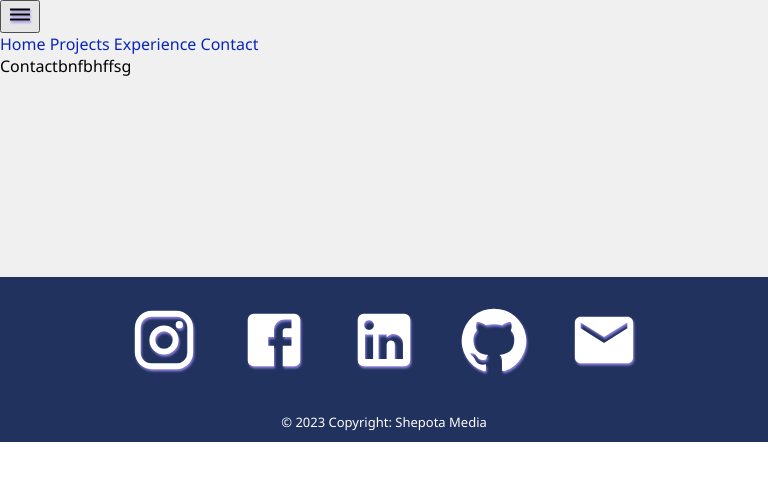
Repository: LolaSL/react-portfolio
Page: /contact
The author's editor kept a copy of each file at every save. The page is drawn from the files as they stood at one save, then again after a run of saves.
The browser window is 768 px wide. The pictures show the whole page.
The project was rebuilt for these pictures with package versions that can differ from the ones it lists, and the page was loaded fresh each time. Also part of the build but not shown: src/pages/Home/Style.css, src/pages/Home/Home.jsx, src/components/ProjectItem/ProjectItem.jsx, src/helpers/ProjectList.js, src/pages/Projects/Style.css, src/pages/Projects/Projects.jsx, src/pages/Experience/Style.css, src/pages/Experience/Experience.jsx and 2 more.

Above is the page before, as saved 2023-07-01 20:12:01.

After the next 2 saves:
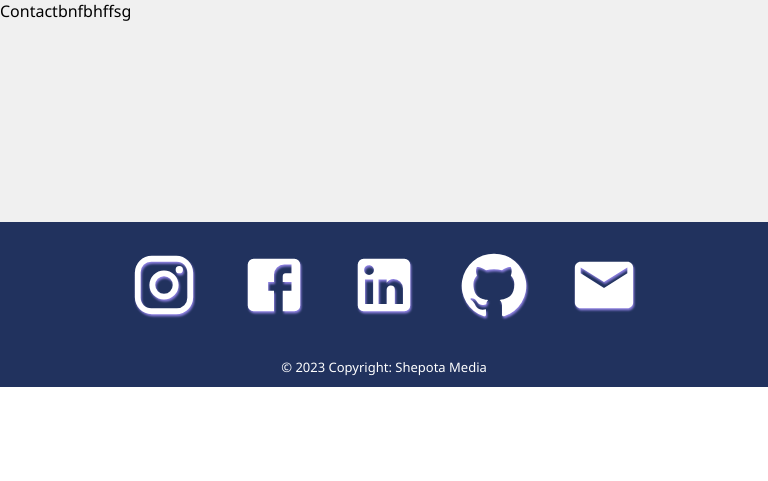
The 2 saves are shown as one change because they came seconds apart.
The last was saved 6 s later.
--- a/src/components/Navbar/Style.css
+++ b/src/components/Navbar/Style.css
@@ -1,3 +1,57 @@
+.navbar {
+  display: flex;
+  justify-content: space-between;
+  align-items: center;
+  background-color: #f1f1f1;
+  padding: 10px;
+}
+
+.toggleButton button {
+  background-color: transparent;
+  border: none;
+  cursor: pointer;
+}
+
+.links a {
+  margin-right: 10px;
+  text-decoration: none;
+  color: #333;
+}
+
+.links a:hover {
+  text-decoration: underline;
+}
+
+#open {
+  display: block;
+}
+
+#close {
+  display: none;
+}
+
+@media (max-width: 768px) {
+  .navbar {
+    flex-direction: column;
+    align-items: flex-start;
+    padding: 20px;
+  }
+
+  .toggleButton {
+    margin-bottom: 10px;
+  }
+
+  .links {
+    display: ${expandNavbar ? "block" : "none"};
+    margin-top: 10px;
+  }
+
+  .links a {
+    display: block;
+    margin-bottom: 10px;
+  }
+}
+
 /* .navbar {
   width: 100%;
   height: 100px;
